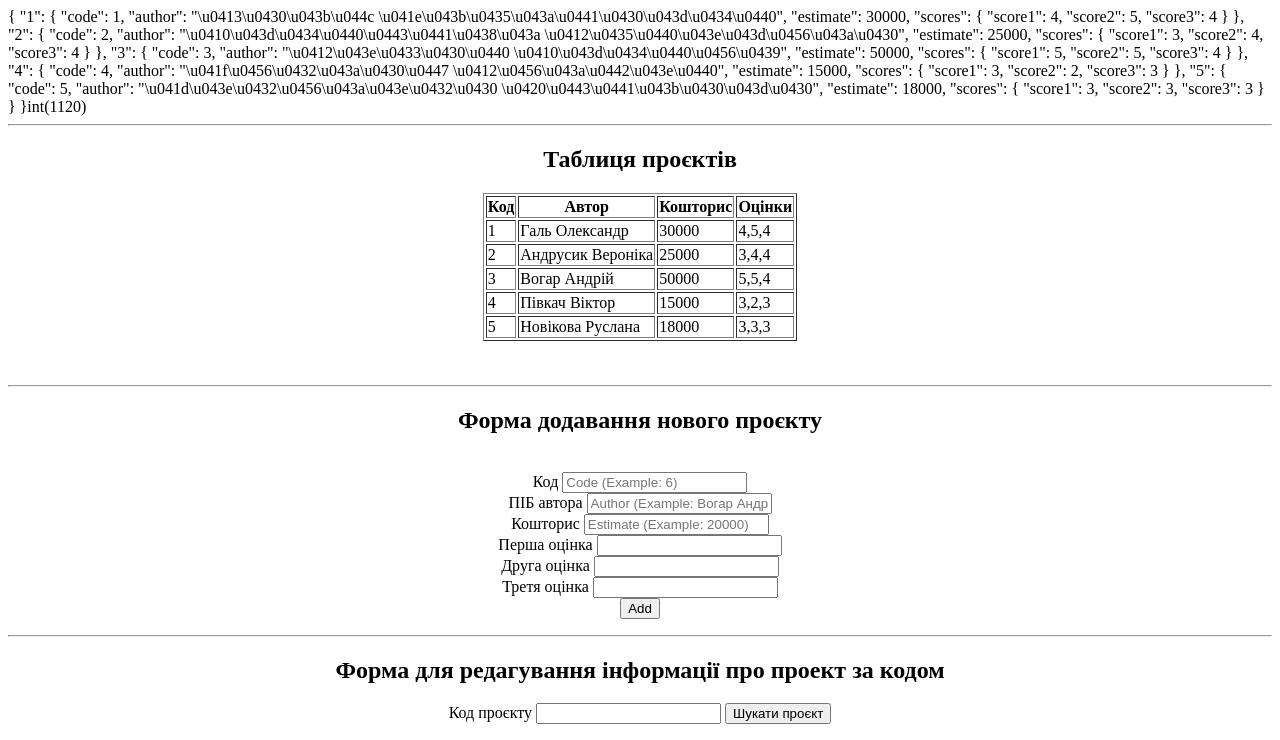
Repository: AndriyVohar/PHP-learn
Page: http://localhost/
These files come from the project's save history. The page is drawn as it stood at one moment and after the next save; the edit follows.
The browser window is 1280 px wide. The pictures show the whole page.
The page is run by PHP 8.4 with error messages shown; the project is at /var/www/html/.

Above is the page before, as saved 2023-10-04 19:58:19.

After the next save:
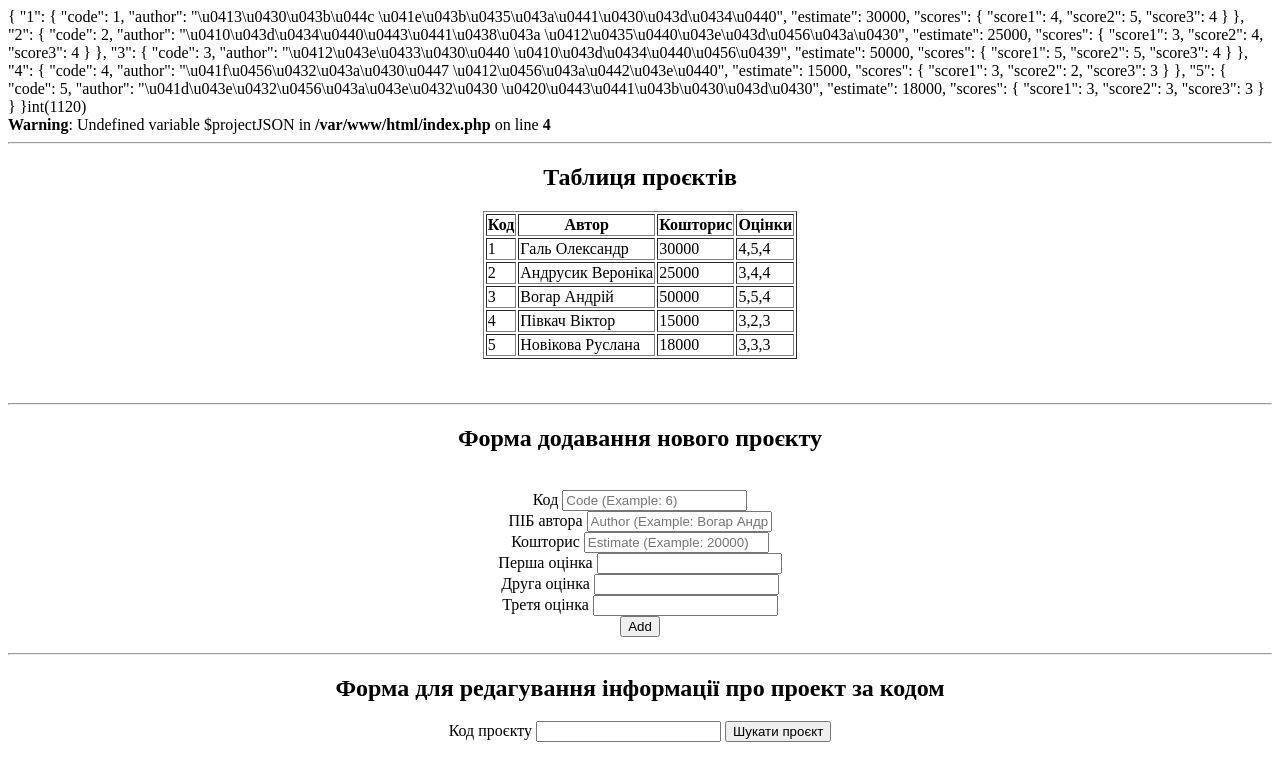
Saved 32 s later.
--- a/Lab-2/index.php
+++ b/Lab-2/index.php
@@ -1,6 +1,7 @@
 <?php
 $projectsJSON = readfile('projects-data.json');
 var_dump($projectsJSON);
+echo $projectJSON;
 $projects = [
     1=>[
         'code'=>1,

After the save that followed:
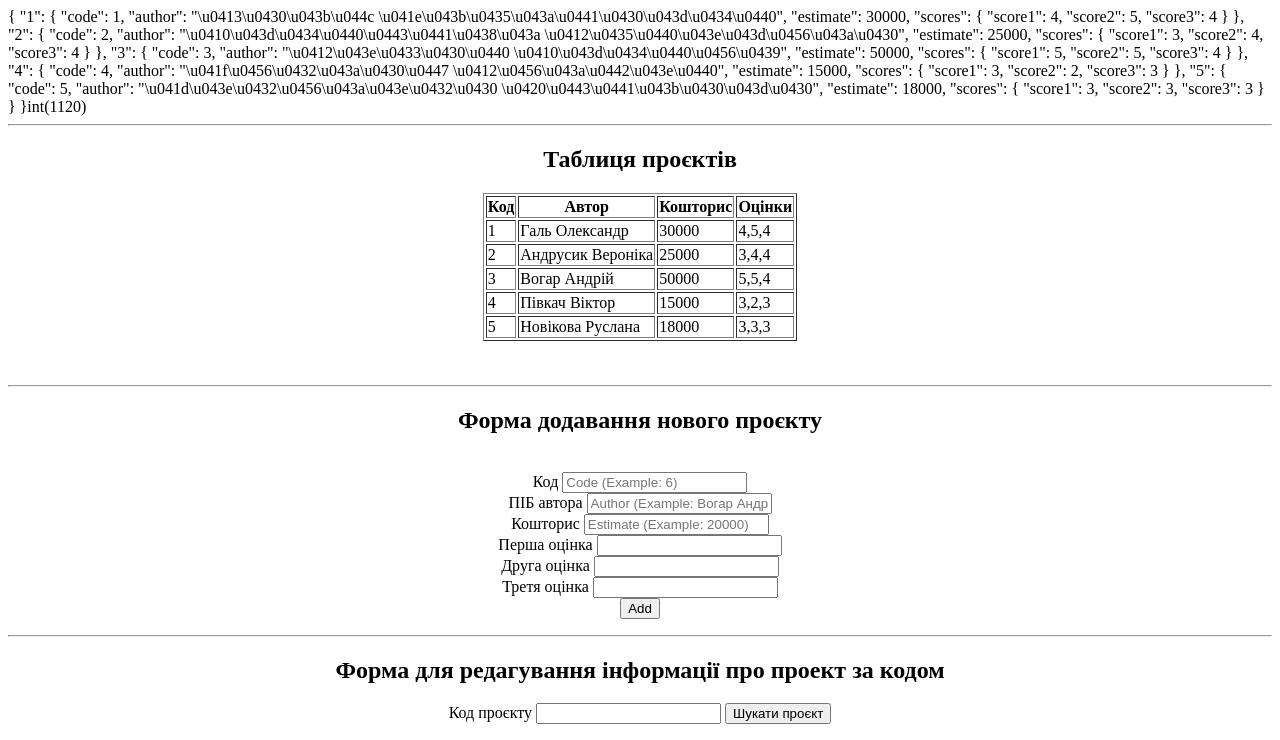
Saved 21 s later.
--- a/Lab-2/index.php
+++ b/Lab-2/index.php
@@ -1,7 +1,7 @@
 <?php
 $projectsJSON = readfile('projects-data.json');
 var_dump($projectsJSON);
-echo $projectJSON;
+// echo $projectJSON;
 $projects = [
     1=>[
         'code'=>1,
